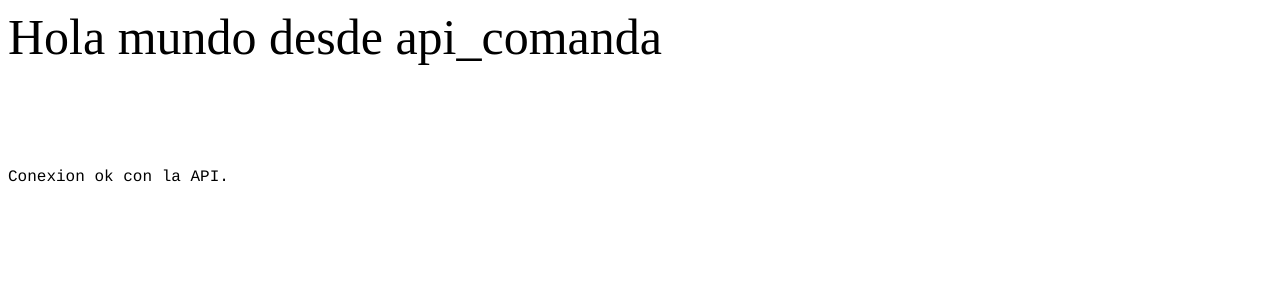
Repository: danieldebrito/api_comanda
Page: http://localhost/app/index.php
These files come from the project's save history. The page is drawn as it stood at one moment and after the next save; the edit follows.
The browser window is 1280 px wide. The pictures show the whole page.
The page is run by PHP 8.4 with error messages shown; the project is at /var/www/html/.

Above is the page before, as saved 2019-07-28 13:12:31.

### app/index.php
<?php
use \Psr\Http\Message\ServerRequestInterface as Request;
use \Psr\Http\Message\ResponseInterface as Response;

require '../composer/vendor/autoload.php';
require './AccesoDatos.php';

///////////////////////////////////// entidades ///////////
require './entities/client/clientApi.php';


$config['displayErrorDetails'] = true;
$config['addContentLengthHeader'] = false;

$app = new \Slim\App(["settings" => $config]);

$app->get("/", function() {
  echo "
  <p style='font-size:50px;'>Hola mundo desde api_comanda</p>
  <br> <br>
  <p style='font-family:courier;'>Conexion ok con la API.</p>
  ";
});

$app->group('/clients', function () {
  $this->get('/', \clientApi::class . ':ReadAllApi');
});



// cors habilitadas
$app->add(function ($req, $res, $next) {
  $response = $next($req, $res);
  return $response
  ->withHeader('Access-Control-Allow-Origin', 'http://localhost:4200')
  ->withHeader('Access-Control-Allow-Headers', 'X-Requested-With, Content-Type, Accept, Origin, Authorization')
  ->withHeader('Access-Control-Allow-Methods', 'GET, POST, PUT, DELETE, OPTIONS');
});

$app->run();

### app/AccesoDatos.php
<?php
class AccesoDatos
{
    private static $ObjetoAccesoDatos;
    private $objetoPDO;

    private function __construct()
    {
        try {
            // allytech
            // $this->objetoPDO = new PDO('mysql:host=localhost;dbname=meyro_sgc;charset=utf8', 'uv025572', '9BHMPHNirj', array(PDO::ATTR_EMULATE_PREPARES => false,PDO::ATTR_ERRMODE => PDO::ERRMODE_EXCEPTION));
            // $this->objetoPDO->exec("SET CHARACTER SET utf8");

            // local host
            $this->objetoPDO = new PDO('mysql:host=localhost;dbname=comanda;charset=utf8', 'root', '', array(PDO::ATTR_EMULATE_PREPARES => false,PDO::ATTR_ERRMODE => PDO::ERRMODE_EXCEPTION));
            $this->objetoPDO->exec("SET CHARACTER SET utf8");
            }
        catch (PDOException $e) {
            print "Error!: " . $e->getMessage();
            die();
        }
    }

    public function RetornarConsulta($sql)
    {
        return $this->objetoPDO->prepare($sql);
    }
     public function RetornarUltimoIdInsertado()
    {
        return $this->objetoPDO->lastInsertId();
    }

    public static function dameUnObjetoAcceso()
    {
        if (!isset(self::$ObjetoAccesoDatos)) {
            self::$ObjetoAccesoDatos = new AccesoDatos();
        }
        return self::$ObjetoAccesoDatos;
    }


     // Evita que el objeto se pueda clonar
    public function __clone()
    {
        trigger_error('La clonación de este objeto no está permitida', E_USER_ERROR);
    }
}
?>

### app/entities/client/clientApi.php
<?php
require_once 'client.php';
require_once 'IApiCRUD.php';

class clientApi extends client implements IApiCRUD {

	public function ReadAllApi($request, $response, $args) {
		$all=Client::ReadAll();
		$newResponse = $response->withJson($all, 200);
		return $newResponse;
	}

	/*

	public function getOne($request, $response, $args) {
		$id=$args['id'];
	 	$maquinaRetorno = maquina::TraerUno($id);
		$newResponse = $response->withJson($maquinaRetorno, 200);
	 	return $newResponse;
 }

 public function setOne($request, $response, $args) {
		$ArrayDeParametros = $request->getParsedBody();

		$idMaquina = $ArrayDeParametros['idMaquina'];
		$detalle = $ArrayDeParametros['detalle'];
		$marca = $ArrayDeParametros['marca'];
		$sector = $ArrayDeParametros['sector'];
		$estado = $ArrayDeParametros['estado'];
		$urlImagen = $ArrayDeParametros['urlImagen'];
		$fabricanteNombre = $ArrayDeParametros['fabricanteNombre'];
		$fabricanteDireccion = $ArrayDeParametros['fabricanteDireccion'];
		$fabricanteTelefono = $ArrayDeParametros['fabricanteTelefono'];
		$fabricanteContacto = $ArrayDeParametros['fabricanteContacto'];

		$maquina = new maquina();

		$maquina->idMaquina=$idMaquina;
		$maquina->detalle=$detalle;
		$maquina->marca=$marca;
		$maquina->sector=$sector;
		$maquina->estado=$estado;
		$maquina->urlImagen=$urlImagen;
		$maquina->fabricanteNombre=$fabricanteNombre;
		$maquina->fabricanteDireccion=$fabricanteDireccion;
		$maquina->fabricanteTelefono=$fabricanteTelefono;
		$maquina->fabricanteContacto=$fabricanteContacto;

		$maquina->CargarUno();

		$response->getBody()->write("true");

		return $response;
}

    public function delete($request,$response,$args){
        $id = $args["id"];
        $respuesta = maquina::Baja($id);
        $newResponse = $response->withJson($respuesta,200);
        return $newResponse;
    }

	public function updateOne($request, $response, $args) {

		$ArrayDeParametros = $request->getParsedBody();

	   var_dump($ArrayDeParametros);

	   $MiMaquina = new maquina();

	   // $MiMaquina->idMaquina=$ArrayDeParametros["idMaquina"];
	   $MiMaquina->detalle=$ArrayDeParametros["detalle"];
	   $MiMaquina->marca=$ArrayDeParametros["marca"];
	   $MiMaquina->sector=$ArrayDeParametros["sector"];
	   $MiMaquina->estado=$ArrayDeParametros["estado"];
	   $MiMaquina->urlImagen=$ArrayDeParametros["urlImagen"];
	   $MiMaquina->fabricanteNombre=$ArrayDeParametros["fabricanteNombre"];
	   $MiMaquina->fabricanteDireccion=$ArrayDeParametros["fabricanteDireccion"];
	   $MiMaquina->fabricanteTelefono=$ArrayDeParametros["fabricanteTelefono"];
	   $MiMaquina->fabricanteContacto=$ArrayDeParametros["fabricanteContacto"];

		$resultado = $MiMaquina->ModificarUno();
		$objDelaRespuesta= new stdclass();

	   $objDelaRespuesta->resultado=$resultado;
	   return $response->withJson($objDelaRespuesta, 200);
   } */
}

### app/entities/client/client.php
<?php
class Client
{
	public $id_cliente;
	public $nombre_y_apellido;
	public $dni;
	public $sexo;
	public $edad;

	public static function ReadAll(){
		try {

			$objetoAccesoDato = AccesoDatos::dameUnObjetoAcceso();

			$consulta =$objetoAccesoDato->RetornarConsulta("
			SELECT * FROM `clientes` WHERE 1
			");

			$consulta->execute();
		} catch (Exception $e) {
			$mensaje = $e->getMessage();
			$respuesta = array("Estado" => "ERROR", "Mensaje" => "$mensaje");
		}
		finally {
				return $consulta->fetchAll(PDO::FETCH_CLASS, "Client");
			}
	}

	/*

	public static function TraerUno($id) {
		$objetoAccesoDato = AccesoDatos::dameUnObjetoAcceso();
		$consulta =$objetoAccesoDato->RetornarConsulta("
		SELECT * FROM `maquinas` WHERE `idMaquina` =  $id
		");
		$consulta->execute();
		$maquina = $consulta->fetchObject('maquina');
		return $maquina;
	}

	public function CargarUno(){
		$objetoAccesoDato = AccesoDatos::dameUnObjetoAcceso();
		$consulta =$objetoAccesoDato->RetornarConsulta("
		INSERT INTO `maquinas`
				(`idMaquina`,
				`detalle`,
				`marca`,
				`sector`,
				`estado`,
				`urlImagen`,
				`fabricanteNombre`,
				`fabricanteDireccion`,
				`fabricanteTelefono`,
				`fabricanteContacto`)
			VALUES (
				:idMaquina,
				:detalle,
				:marca,
				:sector,
				:estado,
				:urlImagen,
				:fabricanteNombre,
				:fabricanteDireccion,
				:fabricanteTelefono,
				:fabricanteContacto)
		");

		$consulta->bindValue(':idMaquina', $this->idMaquina, PDO::PARAM_STR);
		$consulta->bindValue(':detalle', $this->detalle, PDO::PARAM_STR);
		$consulta->bindValue(':marca', $this->marca, PDO::PARAM_STR);
		$consulta->bindValue(':sector', $this->sector, PDO::PARAM_STR);
		$consulta->bindValue(':estado', $this->estado, PDO::PARAM_STR);
		$consulta->bindValue(':urlImagen', $this->urlImagen, PDO::PARAM_STR);
		$consulta->bindValue(':fabricanteNombre', $this->fabricanteNombre, PDO::PARAM_STR);
		$consulta->bindValue(':fabricanteDireccion', $this->fabricanteDireccion, PDO::PARAM_STR);
		$consulta->bindValue(':fabricanteTelefono', $this->fabricanteTelefono, PDO::PARAM_STR);
		$consulta->bindValue(':fabricanteContacto', $this->fabricanteContacto, PDO::PARAM_STR);

		$consulta->execute();
		return $objetoAccesoDato->RetornarUltimoIdInsertado();
	}

	public static function Baja($id)
    {
        try {
            $objetoAccesoDato = AccesoDatos::dameUnObjetoAcceso();

            $consulta = $objetoAccesoDato->RetornarConsulta("
			DELETE FROM `maquinas` WHERE `idMaquina` = $id
			");

            $consulta->bindValue(':idMaquina', $id, PDO::PARAM_STR);

            $consulta->execute();

            $respuesta = array("Estado" => true, "Mensaje" => "Eliminado Correctamente");
        } catch (Exception $e) {
            $mensaje = $e->getMessage();
            $respuesta = array("Estado" => false, "Mensaje" => "$mensaje");
        }
        finally {
            return $respuesta;
        }
	}

 	public function ModificarUno(){
		$objetoAccesoDato = AccesoDatos::dameUnObjetoAcceso();

		$consulta =$objetoAccesoDato->RetornarConsulta("
		UPDATE `maquinas` SET
		   `idMaquina`=:idMaquina',
		   `detalle`=:detalle,
		   `marca`=:marca,
		   `sector`=:sector,
		   `estado`=:estado,
		   `urlImagen`=:urlImagen,
		   `fabricanteNombre`=:fabricanteNombre,
		   `fabricanteDireccion`=:fabricanteDireccion,
		   `fabricanteTelefono`=:fabricanteTelefono,
		   `fabricanteContacto`=:fabricanteContacto
		   WHERE
		   `idMaquina`=:idMaquina
		");

		  $consulta->bindValue(':idMaquina', $this->idMaquina, PDO::PARAM_INT);
		  $consulta->bindValue(':detalle', $this->detalle, PDO::PARAM_STR);
		  $consulta->bindValue(':marca', $this->marca, PDO::PARAM_STR);
		  $consulta->bindValue(':sector', $this->sector, PDO::PARAM_STR);
		  $consulta->bindValue(':estado', $this->estado, PDO::PARAM_STR);
		  $consulta->bindValue(':urlImagen', $this->urlImagen, PDO::PARAM_STR);
		  $consulta->bindValue(':fabricanteNombre', $this->fabricanteNombre, PDO::PARAM_STR);
		  $consulta->bindValue(':fabricanteDireccion', $this->fabricanteDireccion, PDO::PARAM_STR);
		  $consulta->bindValue(':fabricanteTelefono', $this->fabricanteTelefono, PDO::PARAM_STR);
		  $consulta->bindValue(':fabricanteContacto', $this->fabricanteContacto, PDO::PARAM_STR);

		  return $consulta->execute();
	}
	*/
}

### app/IApiCRUD.php
<?php

interface IApiCRUD{
	public function readAllApi($request, $response, $args);
	//public function readApi($request, $response, $args);
   	//public function CreateApi($request, $response, $args);
   	//public function deleteApi($request, $response, $args);
   	//public function updateApi($request, $response, $args);
}

### app/entities/cliente/clienteApi.php
<?php
require_once 'cliente.php';
require_once 'IApiCRUD.php';

class clienteApi extends cliente implements IApiCRUD {

	public function readAllApi($request, $response, $args) {
		$all=cliente::readAll();
		$newResponse = $response->withJson($all, 200);
		return $newResponse;
	}
}

/*

public function getOne($request, $response, $args) {
		$id=$args['id'];
	 	$maquinaRetorno = maquina::TraerUno($id);
		$newResponse = $response->withJson($maquinaRetorno, 200);
	 	return $newResponse;
 }

 public function setOne($request, $response, $args) {
		$ArrayDeParametros = $request->getParsedBody();

		$idMaquina = $ArrayDeParametros['idMaquina'];
		$detalle = $ArrayDeParametros['detalle'];
		$marca = $ArrayDeParametros['marca'];
		$sector = $ArrayDeParametros['sector'];
		$estado = $ArrayDeParametros['estado'];
		$urlImagen = $ArrayDeParametros['urlImagen'];
		$fabricanteNombre = $ArrayDeParametros['fabricanteNombre'];
		$fabricanteDireccion = $ArrayDeParametros['fabricanteDireccion'];
		$fabricanteTelefono = $ArrayDeParametros['fabricanteTelefono'];
		$fabricanteContacto = $ArrayDeParametros['fabricanteContacto'];

		$maquina = new maquina();

		$maquina->idMaquina=$idMaquina;
		$maquina->detalle=$detalle;
		$maquina->marca=$marca;
		$maquina->sector=$sector;
		$maquina->estado=$estado;
		$maquina->urlImagen=$urlImagen;
		$maquina->fabricanteNombre=$fabricanteNombre;
		$maquina->fabricanteDireccion=$fabricanteDireccion;
		$maquina->fabricanteTelefono=$fabricanteTelefono;
		$maquina->fabricanteContacto=$fabricanteContacto;

		$maquina->CargarUno();

		$response->getBody()->write("true");

		return $response;
}

    public function delete($request,$response,$args){
        $id = $args["id"];
        $respuesta = maquina::Baja($id);
        $newResponse = $response->withJson($respuesta,200);
        return $newResponse;
    }

	public function updateOne($request, $response, $args) {

		$ArrayDeParametros = $request->getParsedBody();

	   var_dump($ArrayDeParametros);

	   $MiMaquina = new maquina();

	   // $MiMaquina->idMaquina=$ArrayDeParametros["idMaquina"];
	   $MiMaquina->detalle=$ArrayDeParametros["detalle"];
	   $MiMaquina->marca=$ArrayDeParametros["marca"];
	   $MiMaquina->sector=$ArrayDeParametros["sector"];
	   $MiMaquina->estado=$ArrayDeParametros["estado"];
	   $MiMaquina->urlImagen=$ArrayDeParametros["urlImagen"];
	   $MiMaquina->fabricanteNombre=$ArrayDeParametros["fabricanteNombre"];
	   $MiMaquina->fabricanteDireccion=$ArrayDeParametros["fabricanteDireccion"];
	   $MiMaquina->fabricanteTelefono=$ArrayDeParametros["fabricanteTelefono"];
	   $MiMaquina->fabricanteContacto=$ArrayDeParametros["fabricanteContacto"];

		$resultado = $MiMaquina->ModificarUno();
		$objDelaRespuesta= new stdclass();

	   $objDelaRespuesta->resultado=$resultado;
	   return $response->withJson($objDelaRespuesta, 200);
   }

*/

### app/entities/cliente/cliente.php
<?php
class cliente{
	public $id_cliente;
    public $nombre_y_apellido;
    public $dni;
    public $sexo;
    public $edad;

	public static function readAll(){
		$objetoAccesoDato = AccesoDatos::dameUnObjetoAcceso();
		$consulta =$objetoAccesoDato->RetornarConsulta("
		SELECT * FROM `clientes` WHERE 1
		");
		$consulta->execute();
		return $consulta->fetchAll(PDO::FETCH_CLASS, "cliente");
	}
}


/*

	public static function TraerUno($id) {
		$objetoAccesoDato = AccesoDatos::dameUnObjetoAcceso();
		$consulta =$objetoAccesoDato->RetornarConsulta("
		SELECT * FROM `maquinas` WHERE `idMaquina` =  $id
		");
		$consulta->execute();
		$maquina = $consulta->fetchObject('maquina');
		return $maquina;
	}

	public function CargarUno(){
		$objetoAccesoDato = AccesoDatos::dameUnObjetoAcceso();
		$consulta =$objetoAccesoDato->RetornarConsulta("
		INSERT INTO `maquinas`
				(`idMaquina`,
				`detalle`,
				`marca`,
				`sector`,
				`estado`,
				`urlImagen`,
				`fabricanteNombre`,
				`fabricanteDireccion`,
				`fabricanteTelefono`,
				`fabricanteContacto`)
			VALUES (
				:idMaquina,
				:detalle,
				:marca,
				:sector,
				:estado,
				:urlImagen,
				:fabricanteNombre,
				:fabricanteDireccion,
				:fabricanteTelefono,
				:fabricanteContacto)
		");

		$consulta->bindValue(':idMaquina', $this->idMaquina, PDO::PARAM_STR);
		$consulta->bindValue(':detalle', $this->detalle, PDO::PARAM_STR);
		$consulta->bindValue(':marca', $this->marca, PDO::PARAM_STR);
		$consulta->bindValue(':sector', $this->sector, PDO::PARAM_STR);
		$consulta->bindValue(':estado', $this->estado, PDO::PARAM_STR);
		$consulta->bindValue(':urlImagen', $this->urlImagen, PDO::PARAM_STR);
		$consulta->bindValue(':fabricanteNombre', $this->fabricanteNombre, PDO::PARAM_STR);
		$consulta->bindValue(':fabricanteDireccion', $this->fabricanteDireccion, PDO::PARAM_STR);
		$consulta->bindValue(':fabricanteTelefono', $this->fabricanteTelefono, PDO::PARAM_STR);
		$consulta->bindValue(':fabricanteContacto', $this->fabricanteContacto, PDO::PARAM_STR);

		$consulta->execute();
		return $objetoAccesoDato->RetornarUltimoIdInsertado();
	}

	public static function Baja($id)
    {
        try {
            $objetoAccesoDato = AccesoDatos::dameUnObjetoAcceso();

            $consulta = $objetoAccesoDato->RetornarConsulta("
			DELETE FROM `maquinas` WHERE `idMaquina` = $id
			");

            $consulta->bindValue(':idMaquina', $id, PDO::PARAM_STR);

            $consulta->execute();

            $respuesta = array("Estado" => true, "Mensaje" => "Eliminado Correctamente");
        } catch (Exception $e) {
            $mensaje = $e->getMessage();
            $respuesta = array("Estado" => false, "Mensaje" => "$mensaje");
        }
        finally {
            return $respuesta;
        }
	}

 	public function ModificarUno(){
		$objetoAccesoDato = AccesoDatos::dameUnObjetoAcceso();

		$consulta =$objetoAccesoDato->RetornarConsulta("
		UPDATE `maquinas` SET
		   `idMaquina`=:idMaquina',
		   `detalle`=:detalle,
		   `marca`=:marca,
		   `sector`=:sector,
		   `estado`=:estado,
		   `urlImagen`=:urlImagen,
		   `fabricanteNombre`=:fabricanteNombre,
		   `fabricanteDireccion`=:fabricanteDireccion,
		   `fabricanteTelefono`=:fabricanteTelefono,
		   `fabricanteContacto`=:fabricanteContacto
		   WHERE
		   `idMaquina`=:idMaquina
		");

		  $consulta->bindValue(':idMaquina', $this->idMaquina, PDO::PARAM_INT);
		  $consulta->bindValue(':detalle', $this->detalle, PDO::PARAM_STR);
		  $consulta->bindValue(':marca', $this->marca, PDO::PARAM_STR);
		  $consulta->bindValue(':sector', $this->sector, PDO::PARAM_STR);
		  $consulta->bindValue(':estado', $this->estado, PDO::PARAM_STR);
		  $consulta->bindValue(':urlImagen', $this->urlImagen, PDO::PARAM_STR);
		  $consulta->bindValue(':fabricanteNombre', $this->fabricanteNombre, PDO::PARAM_STR);
		  $consulta->bindValue(':fabricanteDireccion', $this->fabricanteDireccion, PDO::PARAM_STR);
		  $consulta->bindValue(':fabricanteTelefono', $this->fabricanteTelefono, PDO::PARAM_STR);
		  $consulta->bindValue(':fabricanteContacto', $this->fabricanteContacto, PDO::PARAM_STR);

		  return $consulta->execute();
	}

 */

After the next save:
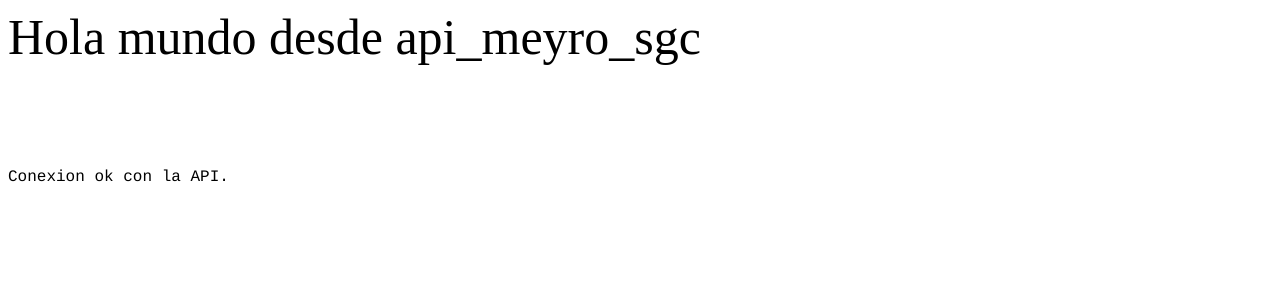
Saved 3 min 49 s later.
--- a/app/index.php
+++ b/app/index.php
@@ -6,7 +6,7 @@ require '../composer/vendor/autoload.php';
 require './AccesoDatos.php';
 
 ///////////////////////////////////// entidades ///////////
-require './entities/client/clientApi.php';
+require './entities/cliente/clienteApi.php';
 
 
 $config['displayErrorDetails'] = true;
@@ -16,25 +16,47 @@ $app = new \Slim\App(["settings" => $config]);
 
 $app->get("/", function() {
   echo "
-  <p style='font-size:50px;'>Hola mundo desde api_comanda</p>
+  <p style='font-size:50px;'>Hola mundo desde api_meyro_sgc</p>
   <br> <br>
   <p style='font-family:courier;'>Conexion ok con la API.</p>
   ";
 });
 
-$app->group('/clients', function () {
-  $this->get('/', \clientApi::class . ':ReadAllApi');
+$app->group('/clientes', function () {
+  $this->get('/', \clienteApi::class . ':readAllApi');
 });
-
 
 
 // cors habilitadas
 $app->add(function ($req, $res, $next) {
   $response = $next($req, $res);
   return $response
-  ->withHeader('Access-Control-Allow-Origin', 'http://localhost:4200')
-  ->withHeader('Access-Control-Allow-Headers', 'X-Requested-With, Content-Type, Accept, Origin, Authorization')
-  ->withHeader('Access-Control-Allow-Methods', 'GET, POST, PUT, DELETE, OPTIONS');
+          ->withHeader('Access-Control-Allow-Origin', 'http://localhost:4200')
+          ->withHeader('Access-Control-Allow-Headers', 'X-Requested-With, Content-Type, Accept, Origin, Authorization')
+          ->withHeader('Access-Control-Allow-Methods', 'GET, POST, PUT, DELETE, OPTIONS');
 });
 
 $app->run();
+
+
+/*
+
+$app->group('/cliente', function () {
+    // http://localhost/api_meyro_sgc/app/index.php/maquina/
+  $this->get('/', \maquinaApi::class . ':getAll');
+
+    // http://localhost/api_meyro_sgc/app/index.php/maquina/200
+  $this->get('/{id}', \maquinaApi::class . ':getOne');
+
+    // http://localhost/api_meyro_sgc/app/index.php/maquina/
+    // +  body  +  form-data  y poner los parametros,
+  $this->post('/', \maquinaApi::class . ':setOne');
+
+  $this->delete('/{id}[/]', \maquinaAPI::class . ':delete');
+
+    // http://localhost/api_meyro_sgc/app/index.php/maquina/update/
+    // +  body  +  form-data  y poner todos los parametros
+  $this->post('/update[/]', \maquinaApi::class . ':updateOne');    ////////  VER NO FUNCA
+});
+
+*/
